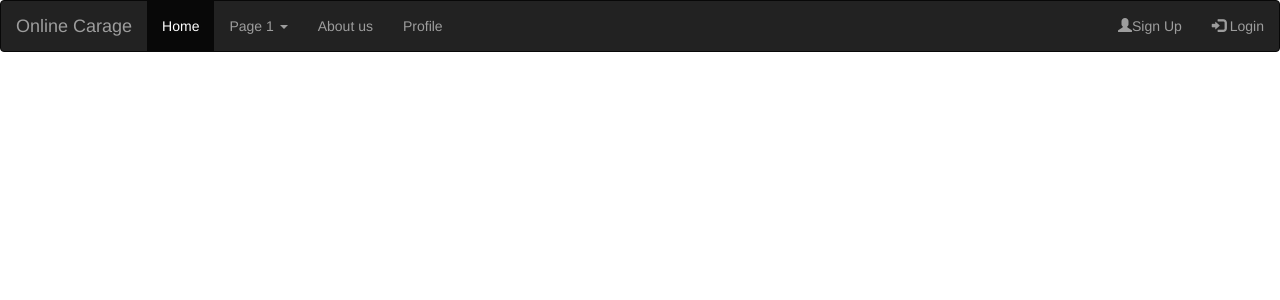
Repository: Ahmad-hamdan98/Java_Project
Page: http://localhost/javaproject/WIB-INF/ShowAll.jsp
The author's editor kept a copy of each file at every save. The page is drawn from the files as they stood at one save, then again after the next save.
The browser window is 1280 px wide. The pictures show the whole page.
The page is served by Tomcat 9.

Above is the page before, as saved 2022-11-21 11:51:29.

After the next save:
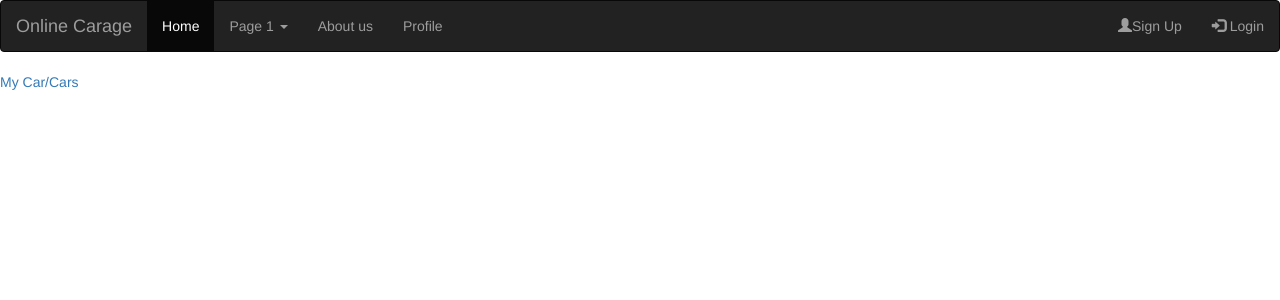
Saved 17 min 53 s later.
--- a/atfirst/javaproject/src/main/webapp/WIB-INF/ShowAll.jsp
+++ b/atfirst/javaproject/src/main/webapp/WIB-INF/ShowAll.jsp
@@ -75,7 +75,7 @@
 <script src="https://ajax.googleapis.com/ajax/libs/jquery/1.12.0/jquery.min.js"></script>
 <script src="https://maxcdn.bootstrapcdn.com/bootstrap/3.3.6/js/bootstrap.min.js"></script>
 
-
+<a>My Car/Cars</a>
 
 </body>
 </html>
